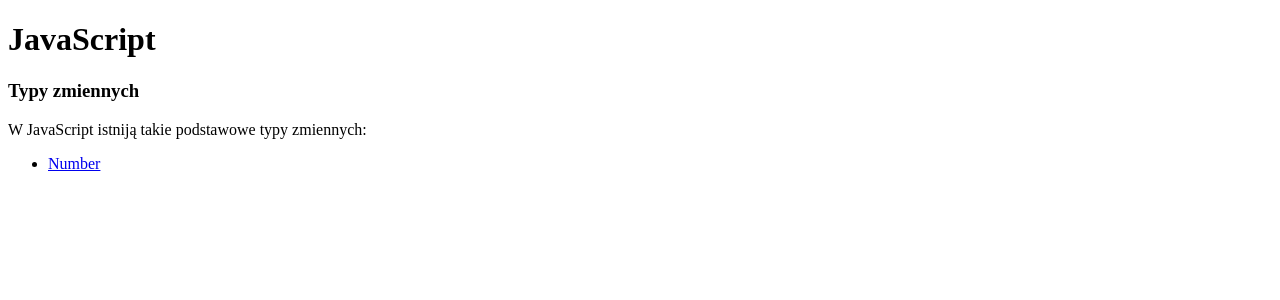
Repository: romanstetsiuk1/JS_learn
Page: noteJavaScript.html
The author's editor kept a copy of each file at every save. The page is drawn from the files as they stood at one save, then again after the next save.
The browser window is 1280 px wide. The pictures show the whole page.

Above is the page before, as saved 2020-08-16 12:22:08.

After the next save:
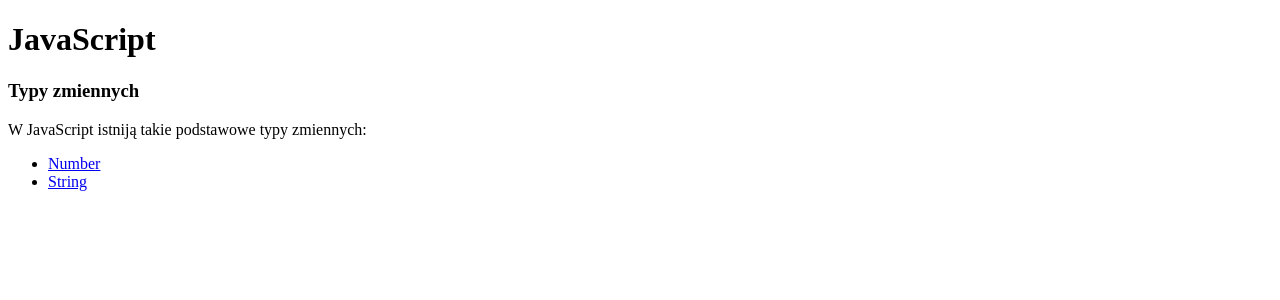
Saved 3 min 9 s later.
--- a/noteJavaScript.html
+++ b/noteJavaScript.html
@@ -14,6 +14,7 @@
       <p>W JavaScript istniją takie podstawowe typy zmiennych:</p>
       <ul>
         <li><a href="number.html">Number</a></li>
+        <li><a href="stringType.html">String</a></li>
       </ul>
     </article>
 
